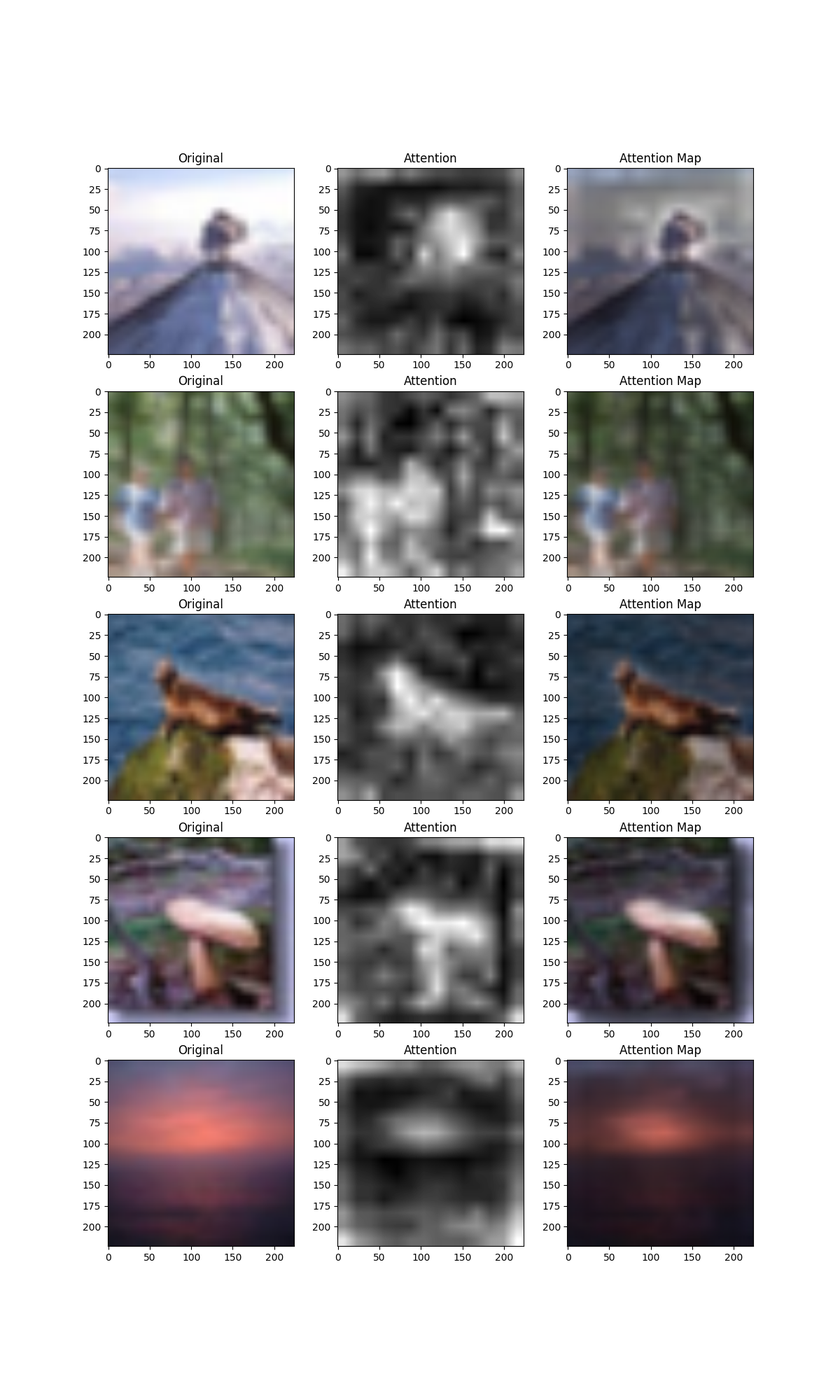
Repository: ginnux/vit
Script's output: python figure/visual.py
The author's editor kept a copy of each file at every save. The script's output is drawn from the files as they stood at one save, then again after the next save.
The pictures are shown at 70% of full size.
Random numbers start from a fixed seed. It also reads figure/visualize.pkl.

Above is the script's output before, as saved 2024-06-24 22:32:23.

After the next save:
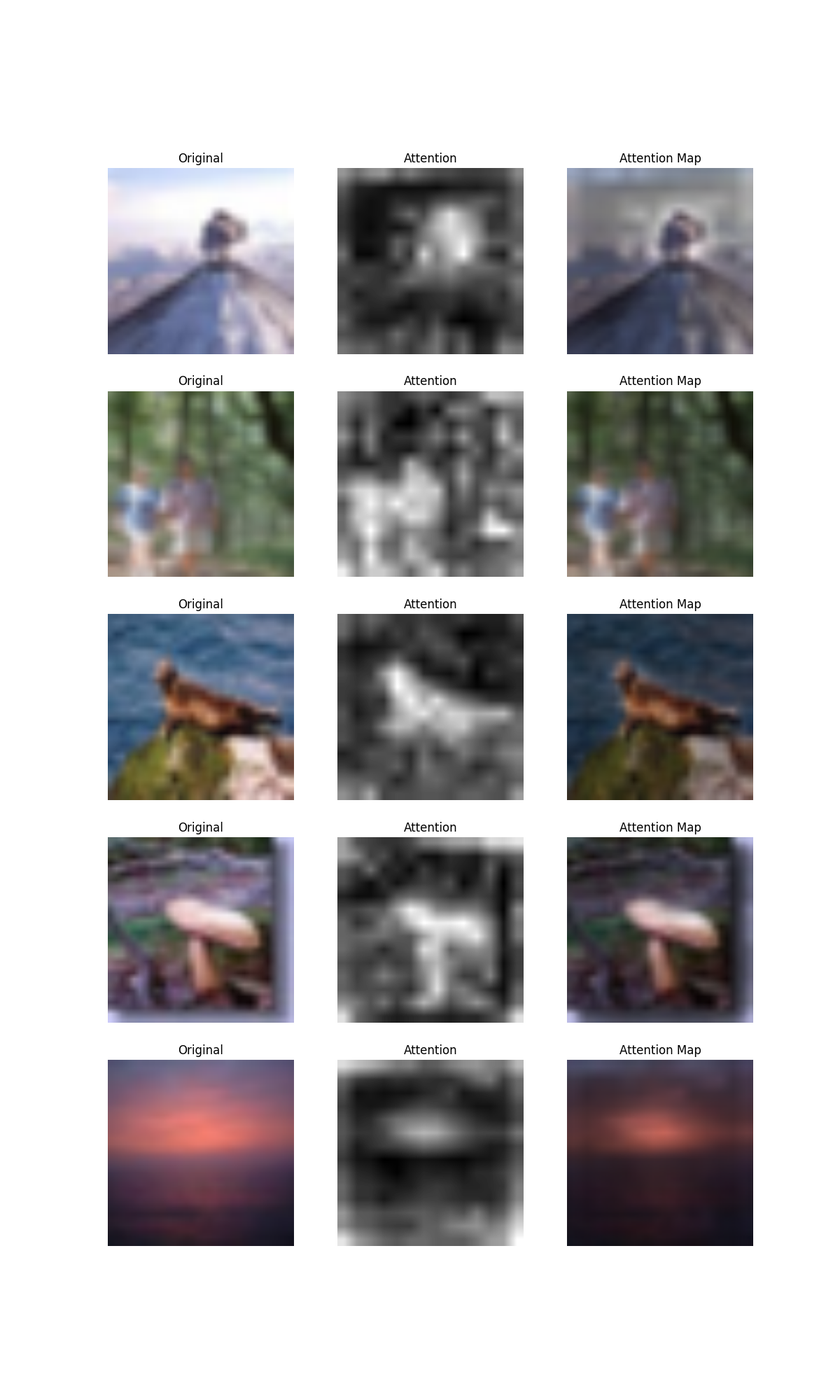
Saved 93 s later.
--- a/figure/visual.py
+++ b/figure/visual.py
@@ -21,14 +21,17 @@ for i in range(num):
     result = result_list[i]
 
     plt.subplot(num, 3, 3 * i + 1)
+    plt.axis("off")
     plt.title("Original")
     plt.imshow(im)
 
     plt.subplot(num, 3, 3 * i + 2)
+    plt.axis("off")
     plt.title("Attention")
     plt.imshow(mask, cmap="gray")
 
     plt.subplot(num, 3, 3 * i + 3)
+    plt.axis("off")
     plt.title("Attention Map")
     plt.imshow(result)
 
